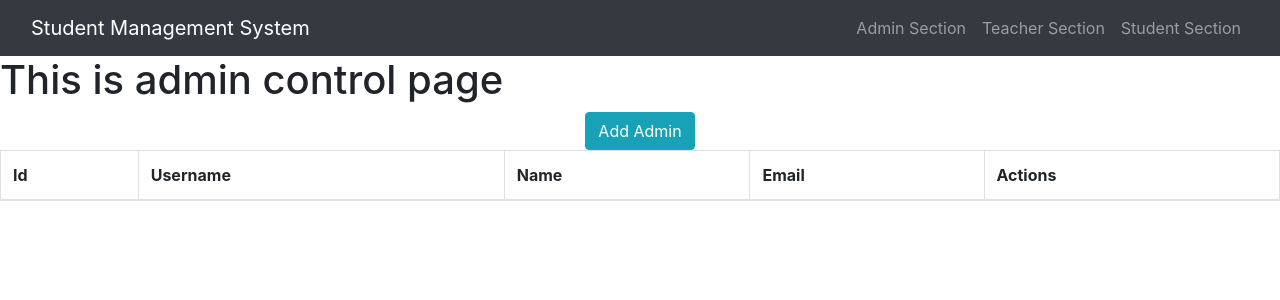
Repository: arupmaji404/StudentManagementSystem
Page: http://localhost/admin/admincontrol
The author's editor kept a copy of each file at every save. The page is drawn from the files as they stood at one save, then again after the next save.
The browser window is 1280 px wide. The pictures show the whole page.
The page is this project's Thymeleaf template; nobody is signed in. The template is opened directly, without the code that normally fills it, so the values that code supplies are empty.

Above is the page before, as saved 2022-09-11 05:24:23.

After the next save:
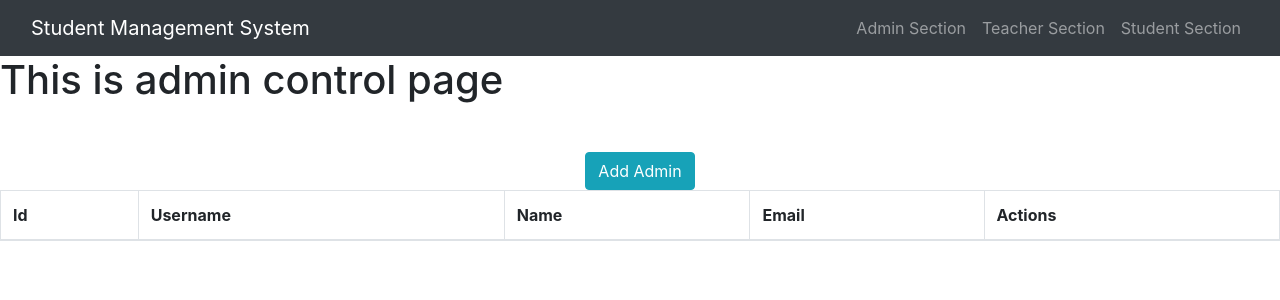
Saved 28 s later.
--- a/StudentManagementSystem/src/main/resources/templates/admin/admincontrol.html
+++ b/StudentManagementSystem/src/main/resources/templates/admin/admincontrol.html
@@ -12,7 +12,7 @@
 <body>
 	<div th:insert="navbar :: navbar"></div>
 	<h1>This is admin control page</h1>
-	<div class="text-center">
+	<div class="text-center mt-5">
 		<a th:href="@{/addAdminForm}" class="btn btn-info">Add Admin</a>
 	</div>
 	<table class="table table-bordered table-striped">
